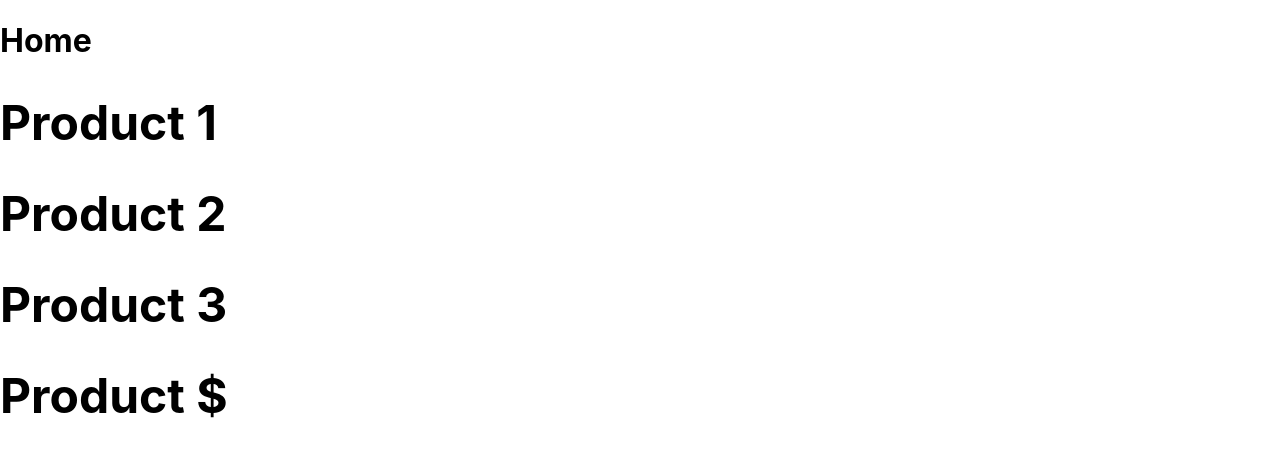
Repository: OmniaRafat232111121/NextJsTutrials
Page: /product
An editor plug-in stored every save of this project. The page is shown before and after a run of saves, followed by the edit.
The browser window is 1280 px wide. The pictures show the whole page.
The project was rebuilt for these pictures with package versions that can differ from the ones it lists, and the page was loaded fresh each time. The framework's server and built-in components were replaced by stand-ins that run in the browser. Also part of the build but not shown: next.config.js.

Above is the page before, as saved 2022-11-13 12:39:30.

### pages/product/index.js
import Link from 'next/link'
import React from 'react'

const productList = ({productId=20}) => {
  return (
    <>
      <Link href="/">
        <h1>Home</h1>
      </Link>
      <h2>
        <Link href="/product/1">
          <h1>Product 1</h1>
        </Link>
      </h2>
          <h2>
        <Link href="/product/2">
          <h1>Product 2</h1>
        </Link>
      </h2>
                <h2>
        <Link href="/product/3">
          <h1>Product 3</h1>
        </Link>
      </h2>
             <h2>
        <Link href={`/product/${productId}`}>
          <h1>Product ${ }</h1>
        </Link>
      </h2>


    </>
  )
}

export default productList

### styles/globals.css
html,
body {
  padding: 0;
  margin: 0;
  font-family: -apple-system, BlinkMacSystemFont, Segoe UI, Roboto, Oxygen,
    Ubuntu, Cantarell, Fira Sans, Droid Sans, Helvetica Neue, sans-serif;
}

a {
  color: inherit;
  text-decoration: none;

}

* {
  box-sizing: border-box;
}

Loaded but not shown: pages/_app.js (common file)

After the next 6 saves:
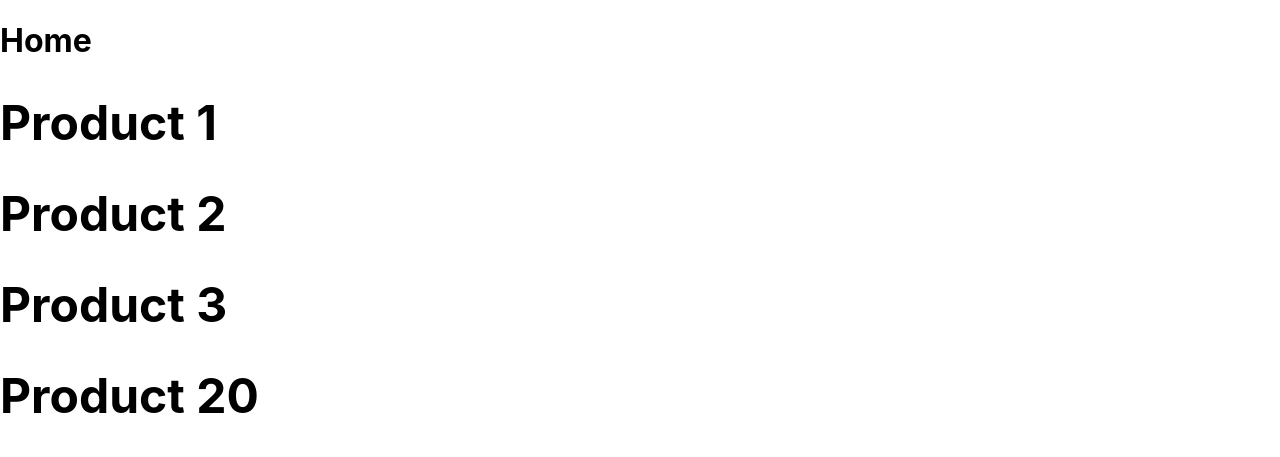
The 6 saves are shown as one change because they came seconds apart.
The last was saved 14 s later.
--- a/pages/product/index.js
+++ b/pages/product/index.js
@@ -24,7 +24,7 @@ const productList = ({productId=20}) => {
       </h2>
              <h2>
         <Link href={`/product/${productId}`}>
-          <h1>Product ${ }</h1>
+          <h1>Product {productId}</h1>
         </Link>
       </h2>
 
